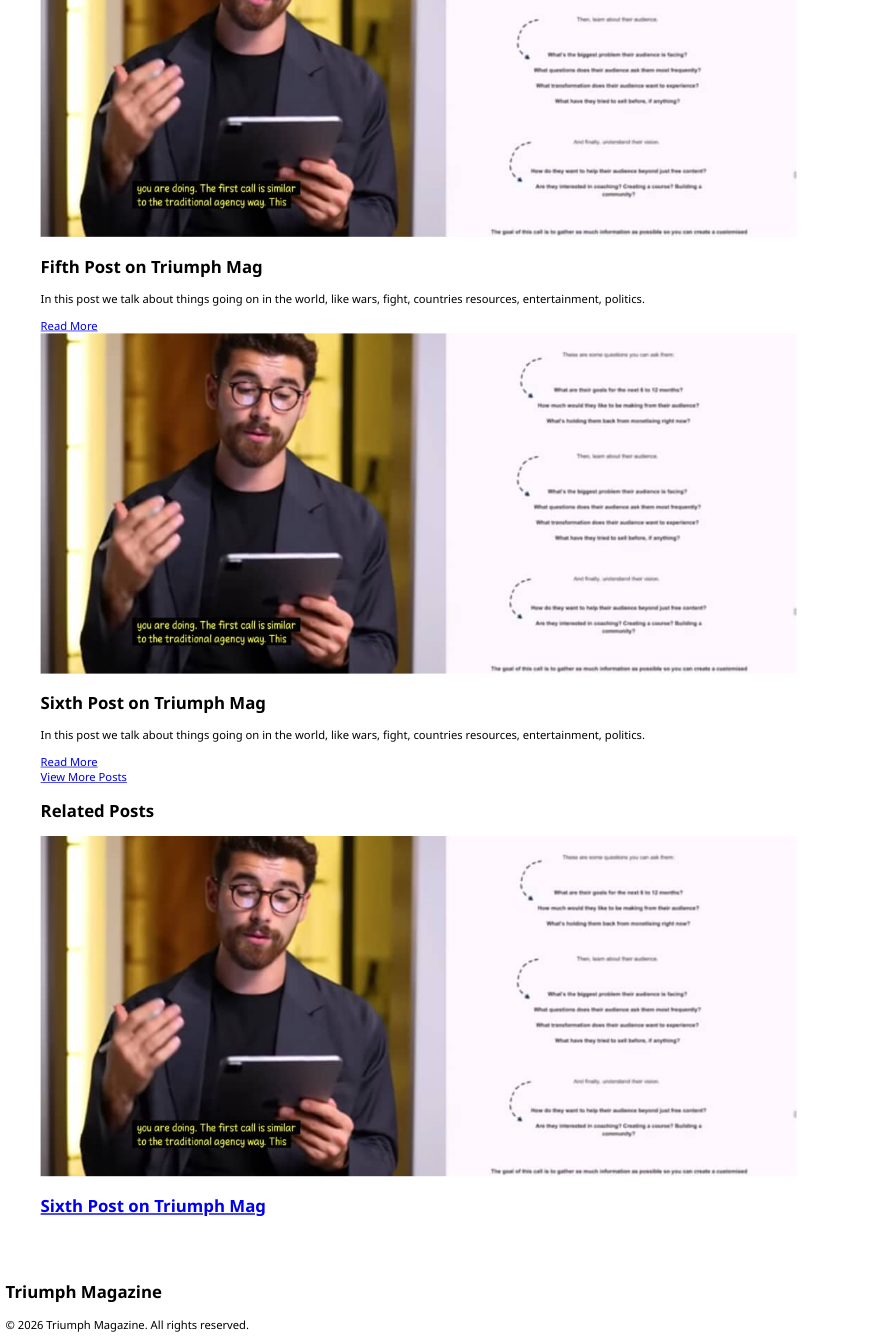
Repository: zikcolle/Triumph-Blog
Page: index.html
An editor plug-in stored every save of this project. The page is shown before and after a run of saves, followed by the edit.
The browser window is 1280 px wide. The pictures show the part of the page from y = 3535 to 5455 px (the page is 5455 px tall before and 5446 px after), at 70% of full size.

Above is the page before, as saved 2026-06-21 14:00:44.

After the next 2 saves:
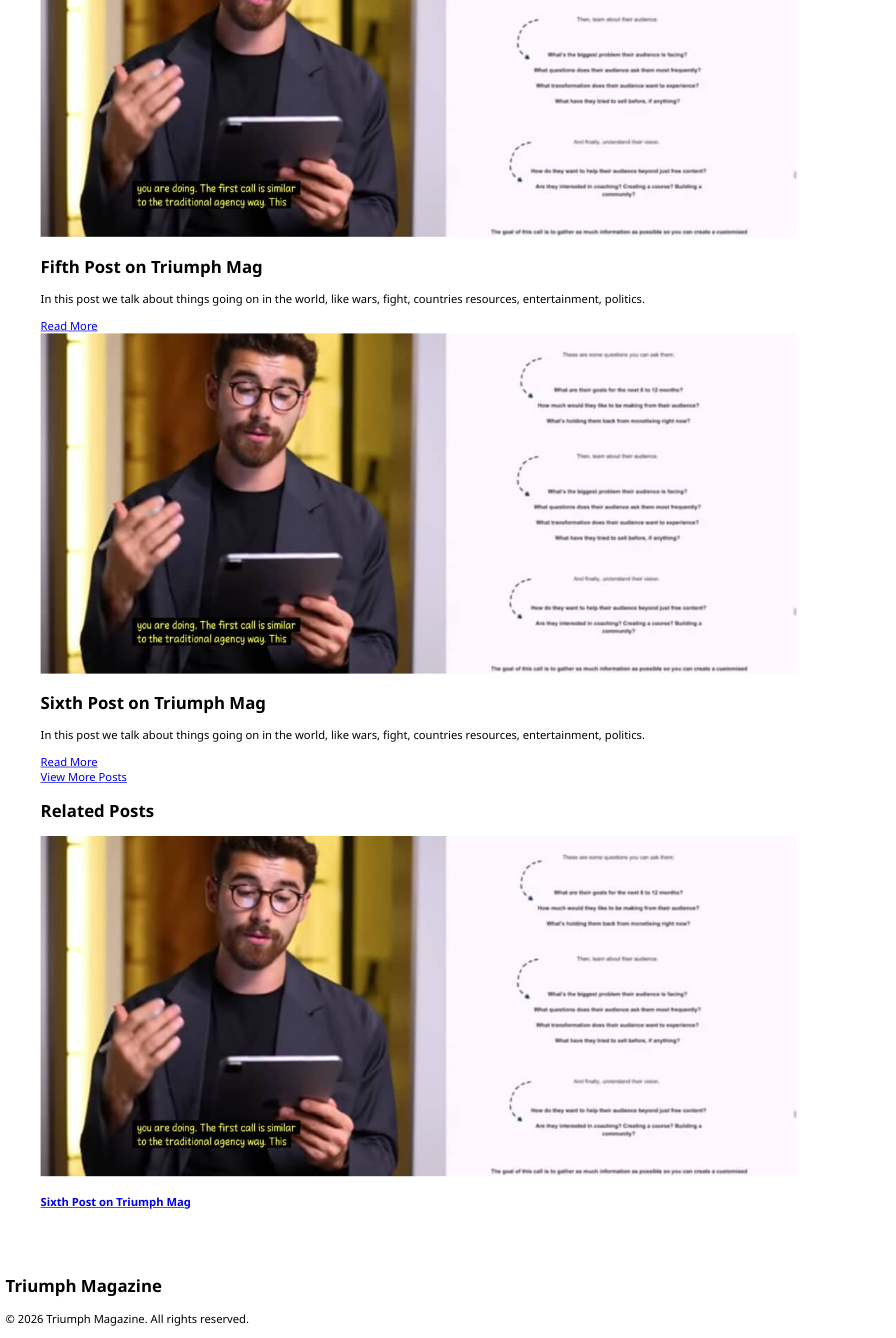
The 2 saves are shown as one change because they came seconds apart.
The last was saved 64 s later.
--- a/index.html
+++ b/index.html
@@ -89,7 +89,7 @@
 
             <div class="blog-post">
                 <img src="simage\postiman.jpeg">
-                <h1><a href="/blog">Sixth Post on Triumph Mag</a></h1>
+                <h4><a href="/blog">Sixth Post on Triumph Mag</a></h4>
             </div>
         </section>
     </main>
